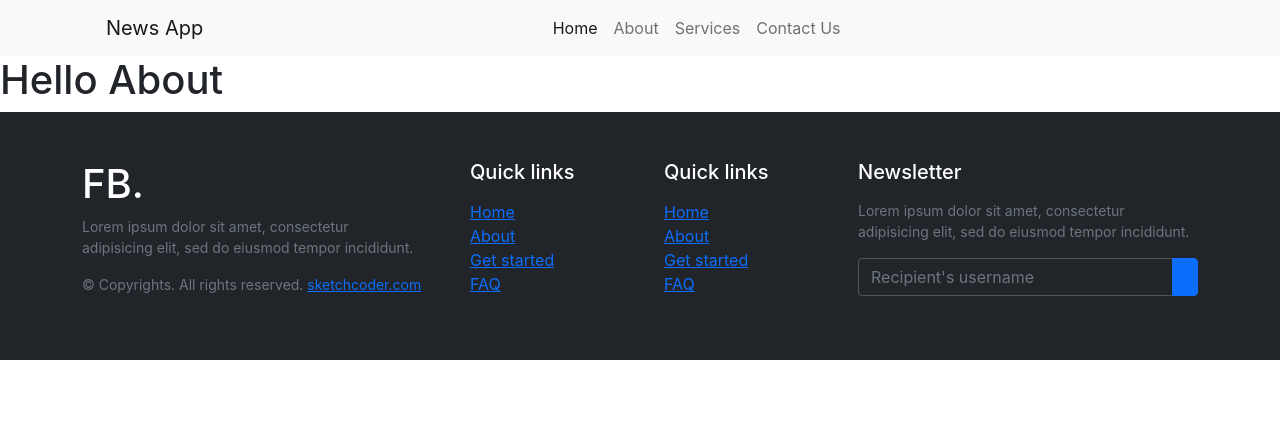
Repository: ZainAkbar51214/News-Site
Page: /about
An editor plug-in stored every save of this project. The page is shown before and after the next save, followed by the edit.
The browser window is 1280 px wide. The pictures show the whole page.
The project was rebuilt for these pictures with package versions that can differ from the ones it lists, and the page was loaded fresh each time. A package was used in the major version that the imports need, not the one package.json lists. Also part of the build but not shown: src/Components/pages/Home.jsx.

Above is the page before, as saved 2023-12-16 00:57:24.

### public/index.html
<!DOCTYPE html>
<html lang="en">
  <head>
    <meta charset="utf-8" />
    <link rel="icon" href="%PUBLIC_URL%/favicon.ico" />
    <meta name="viewport" content="width=device-width, initial-scale=1" />
    <meta name="theme-color" content="#000000" />
    <meta
      name="description"
      content="Web site created using create-react-app"
    />
    <link rel="apple-touch-icon" href="%PUBLIC_URL%/logo192.png" />

    <link rel="manifest" href="%PUBLIC_URL%/manifest.json" />

    <title>News App</title>
    <!-- Bootstrap cdn -->
    <link href="https://cdn.jsdelivr.net/npm/bootstrap@5.0.2/dist/css/bootstrap.min.css" rel="stylesheet" integrity="sha384-EVSTQN3/azprG1Anm3QDgpJLIm9Nao0Yz1ztcQTwFspd3yD65VohhpuuCOmLASjC" crossorigin="anonymous">
  </head>
  <body>
    <noscript>You need to enable JavaScript to run this app.</noscript>
    <div id="root"></div>


    <!-- Bootstrap Script -->
    <script src="https://cdn.jsdelivr.net/npm/@popperjs/core@2.9.2/dist/umd/popper.min.js" integrity="sha384-IQsoLXl5PILFhosVNubq5LC7Qb9DXgDA9i+tQ8Zj3iwWAwPtgFTxbJ8NT4GN1R8p" crossorigin="anonymous"></script>
<script src="https://cdn.jsdelivr.net/npm/bootstrap@5.0.2/dist/js/bootstrap.min.js" integrity="sha384-cVKIPhGWiC2Al4u+LWgxfKTRIcfu0JTxR+EQDz/bgldoEyl4H0zUF0QKbrJ0EcQF" crossorigin="anonymous"></script>
  </body>
</html>

### src/App.js
import React from "react";
import {
  BrowserRouter,
  Routes,
  Route
} from "react-router-dom";
import Home from './Components/pages/Home';
import Navbar from './Components/Header/Navbar';
import Footer from './Components/Footer/Footer';
import About from "./Components/pages/About";

function App() {
  return (
    <BrowserRouter>
      <Navbar />
        <Routes>
          <Route path="/" element={<Home />}></Route>
          <Route path="/about" element={<About />}></Route>
        </Routes>
      <Footer />
  </BrowserRouter>
  );
}

export default App;

### src/Components/Header/Navbar.jsx
import React, { Component } from 'react';
import { Link } from 'react-router-dom';

class Navbar extends Component {
    render() {
        return (
            <div>
                <div className="container-fluid bg-light">
                <div className="container">
                    <div className="row">
                        <div className="col-md-12">
                            <nav className="navbar navbar-expand-lg navbar-light">
                                <div className="container-fluid">
                                    <Link className="navbar-brand" to="/">News App</Link>
                                    <button className="navbar-toggler" type="button" data-bs-toggle="collapse" data-bs-target="#navbarSupportedContent" aria-controls="navbarSupportedContent" aria-expanded="false" aria-label="Toggle navigation">
                                        <span className="navbar-toggler-icon"></span>
                                    </button>
                                    <div className="collapse navbar-collapse" id="navbarSupportedContent">
                                        <ul className="navbar-nav mx-auto mb-2 mb-lg-0">
                                            <li className="nav-item">
                                                <Link className="nav-link active" aria-current="page" to="/">Home</Link>
                                            </li>
                                            <li className="nav-item">
                                                <Link className="nav-link" to="/about">About</Link>
                                            </li>
                                            <li className="nav-item">
                                                <Link className="nav-link" to="/services">Services</Link>
                                            </li>
                                            <li className="nav-item">
                                                <Link className="nav-link" to="/contact-us">Contact Us</Link>
                                            </li>
                                        </ul>
                                    </div>
                                </div>
                            </nav>
                        </div>
                    </div>
                </div>
            </div>
            </div>
        );
    }
}

export default Navbar;

### src/Components/Footer/Footer.jsx
import React from "react";
import { Link } from "react-router-dom";
import '../Footer/Footer.css';

const Navbar = () => {
    return (
        <>
            <div className="d-flex flex-column h-100">
                {/* <!-- FOOTER --> */}
                <footer className="w-100 py-4 flex-shrink-0">
                    <div className="container py-4">
                        <div className="row gy-4 gx-5">
                            <div className="col-lg-4 col-md-6">
                                <h5 className="h1 text-white">FB.</h5>
                                <p className="small text-muted">Lorem ipsum dolor sit amet, consectetur adipisicing elit, sed do eiusmod tempor incididunt.</p>
                                <p className="small text-muted mb-0">&copy; Copyrights. All rights reserved. <Link className="text-primary" to="https://sketchcoder.com" target="_blank">sketchcoder.com</Link></p>
                            </div>
                            <div className="col-lg-2 col-md-6">
                                <h5 className="text-white mb-3">Quick links</h5>
                                <ul className="list-unstyled text-muted">
                                    <li><Link to="#">Home</Link></li>
                                    <li><Link to="#">About</Link></li>
                                    <li><Link to="#">Get started</Link></li>
                                    <li><Link to="#">FAQ</Link></li>
                                </ul>
                            </div>
                            <div className="col-lg-2 col-md-6">
                                <h5 className="text-white mb-3">Quick links</h5>
                                <ul className="list-unstyled text-muted">
                                    <li><Link to="#">Home</Link></li>
                                    <li><Link to="#">About</Link></li>
                                    <li><Link to="#">Get started</Link></li>
                                    <li><Link to="#">FAQ</Link></li>
                                </ul>
                            </div>
                            <div className="col-lg-4 col-md-6">
                                <h5 className="text-white mb-3">Newsletter</h5>
                                <p className="small text-muted">Lorem ipsum dolor sit amet, consectetur adipisicing elit, sed do eiusmod tempor incididunt.</p>
                                <form action="#">
                                    <div className="input-group mb-3">
                                        <input className="form-control" type="text" placeholder="Recipient's username" aria-label="Recipient's username" aria-describedby="button-addon2" />
                                        <button className="btn btn-primary" id="button-addon2" type="button"><i className="fas fa-paper-plane"></i></button>
                                    </div>
                                </form>
                            </div>
                        </div>
                    </div>
                </footer>
            </div>
        </>
    )
}

export default Navbar;

### src/Components/pages/About.jsx
import React from "react";


const About = () => {
    return (
        <h1>Hello About</h1>
    )
}

export default About;

### src/Components/Footer/Footer.css
/* ==========================================
    FOR DEMO PURPOSE
  ========================================== */

  .text-small {
    font-size: 0.9rem;
  }

  .form-control {
    background: #212529;
    border-color: #545454;
  }

  .form-control:focus {
    background: #212529;
  }

  footer {
    background: #212529;
  }

### src/Components/Layouts/News.js
import React, { Component } from 'react';

class News extends Component {
    render() {
        return (
            <div>
                This is a New Components
            </div>
        );
    }
}

export default News;

Loaded but not shown: src/index.js (common file); src/index.css (common file); src/reportWebVitals.js (common file)

After the next save:
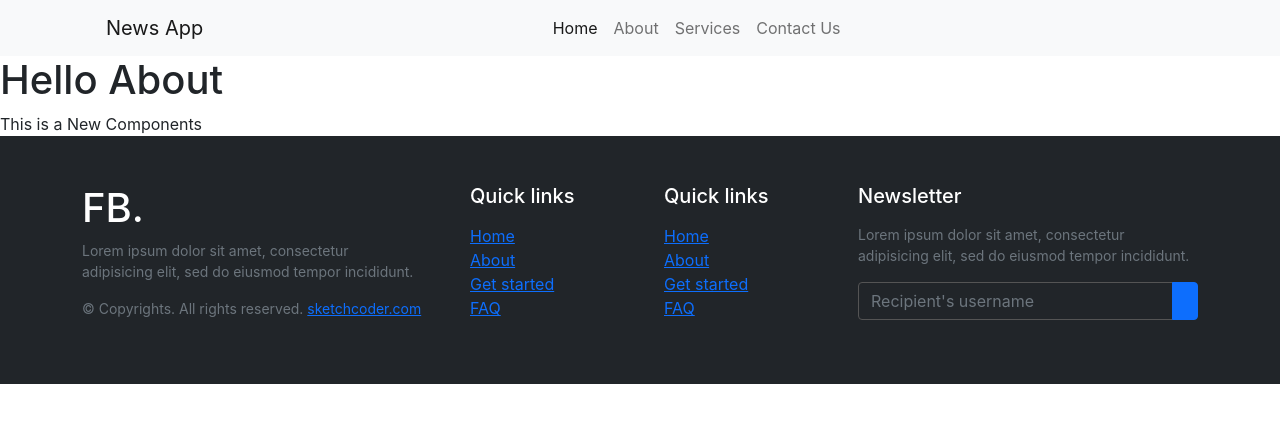
Saved 33 s later.
--- a/src/App.js
+++ b/src/App.js
@@ -8,6 +8,7 @@ import Home from './Components/pages/Home';
 import Navbar from './Components/Header/Navbar';
 import Footer from './Components/Footer/Footer';
 import About from "./Components/pages/About";
+import News from "./Components/Layouts/News";
 
 function App() {
   return (
@@ -17,6 +18,7 @@ function App() {
           <Route path="/" element={<Home />}></Route>
           <Route path="/about" element={<About />}></Route>
         </Routes>
+        <News />
       <Footer />
   </BrowserRouter>
   );
